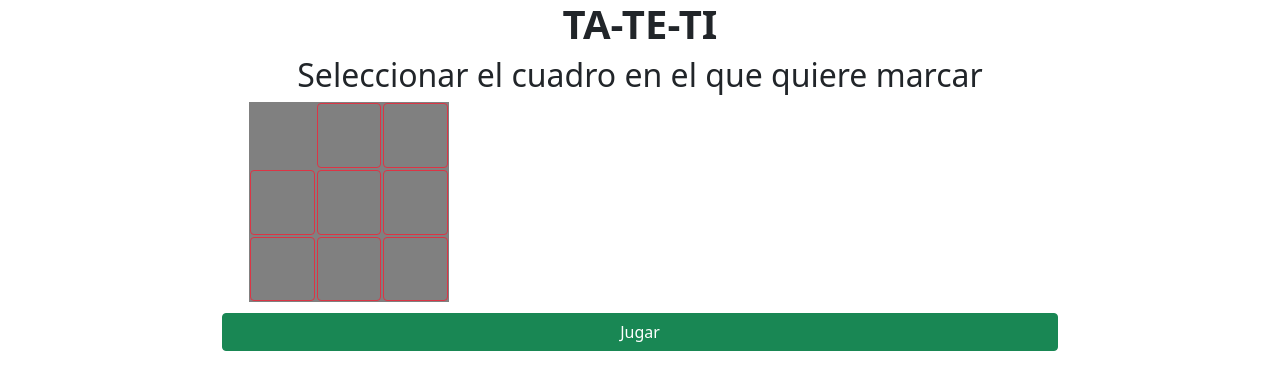
Repository: Lean97-start/TATETI
Page: Tateti.html
The author's editor kept a copy of each file at every save. The page is drawn from the files as they stood at one save, then again after a run of saves.
The browser window is 1280 px wide. The pictures show the whole page.

Above is the page before, as saved 2021-07-11 23:02:46.
Console error: SyntaxError: Unexpected token ')'

After the next 2 saves:
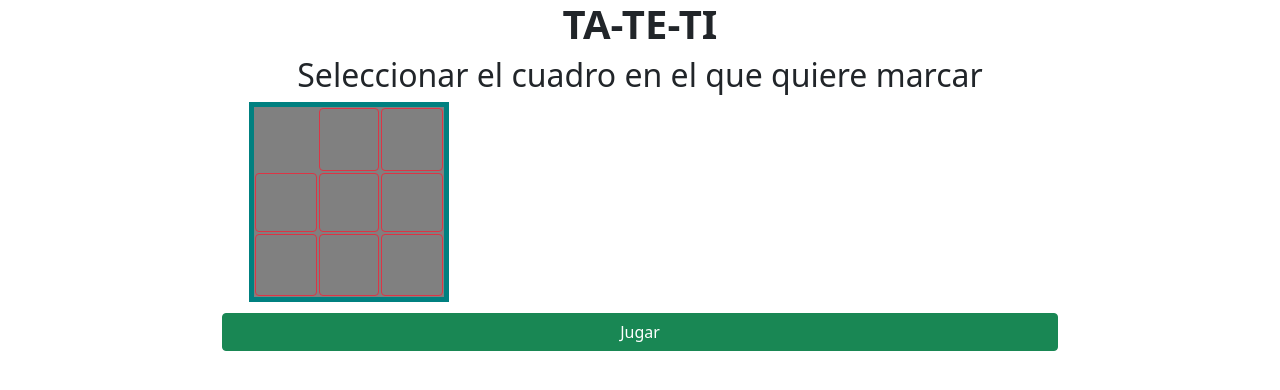
The 2 saves are shown as one change because they came seconds apart.
The last was saved 12 s later.
--- a/Tateti.css
+++ b/Tateti.css
@@ -7,7 +7,7 @@ h2{
     text-align: center;
 }
 #cuadro{
-    /* border: 5px teal solid;*/
+    border: 5px teal solid;
     background: grey;
     position: relative;
     height: 200px;
